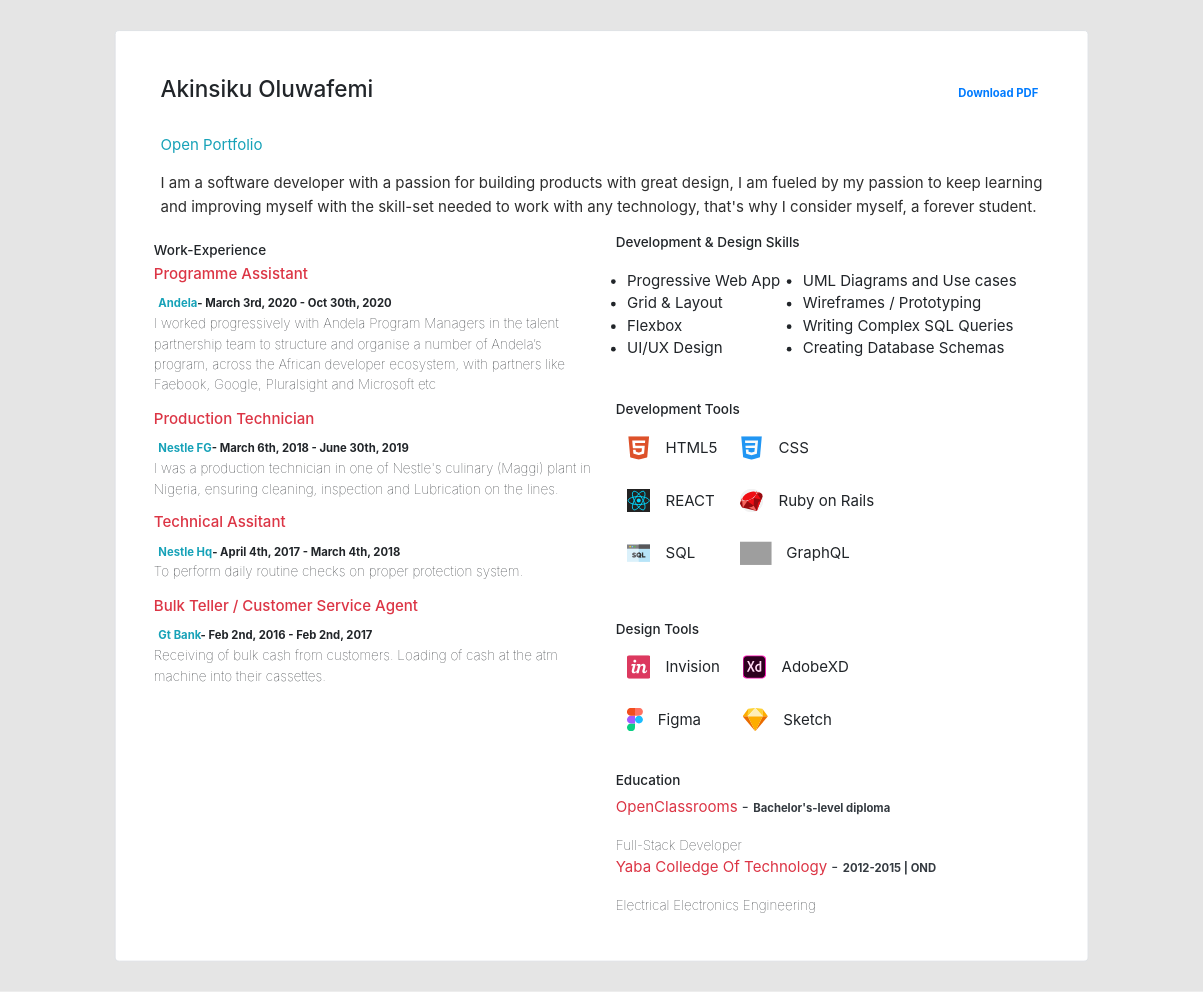
Repository: akinsikuoluwafemi/resume
Page: index.html
These files come from the project's save history. The page is drawn as it stood at one moment and after the next save; the edit follows.
The browser window is 1280 px wide. The pictures show the whole page, at 94% of full size.
Pictures or frames that could not be fetched are drawn as grey boxes. The style sheet was rebuilt from its Sass, Less or Tailwind sources for each picture, by a compiler version that may differ from the author's.

Above is the page before, as saved 2021-01-13 23:39:20.

### index.html
<!DOCTYPE html>
<html lang="en">

<head>
    <meta charset="UTF-8">
    <meta name="viewport" content="width=device-width, initial-scale=1.0">
    <meta http-equiv="X-UA-Compatible" content="ie=edge">
    <link rel="shortcut icon" type="image/png" href="./images/new-photo.png">

    <link rel="stylesheet" href="https://stackpath.bootstrapcdn.com/bootstrap/4.3.1/css/bootstrap.min.css" integrity="sha384-ggOyR0iXCbMQv3Xipma34MD+dH/1fQ784/j6cY/iJTQUOhcWr7x9JvoRxT2MZw1T"
        crossorigin="anonymous" />
    <link rel="stylesheet" href="./resume.css">

    <title>Akinsiku Oluwafemi - Software Developer</title>
</head>

<body>

   <div class="col-sm-12 col-lg-10 m-auto">
       <!--  -->
        <div class="p-c container border px-3 py-4 px-lg-5 py-lg-5 ">
            <header class="row">
                <div class="col d-flex align-items-center">
                    <h4 class="header__name mr-auto">Akinsiku Oluwafemi</h4>
                    <a href="./images/Femi_Akinsiku_resume.pdf" download="Femi_Akinsiku_resume.pdf" class="badge">Download PDF</a>
                </div>
            </header>
            <div class="row mt-4">
                <a href="https://femiakin.com/" target="_blank" class="col text-info">Open Portfolio</a>
            </div>

            <div class="row mt-3">
                <div class="col">
                    <p class="intro">I am a software developer with a passion for building products with great design, I am
                        fueled by my passion to keep learning and improving myself with the skill-set needed to work with
                        any
                        technology,
                        that's why I consider myself, a forever student.</p>
                </div>
            </div>


            <div class="row">

                <div class="col col-lg-6 p-2  ">
                    <!-- <div>
                        <h5 class="item__header">Community-Experience</h5>

                        <h6 class="item__job text-danger">#GADS 2020 - Programme Assistant </h6>
                        <p class="item__description">Grow with google, Andela and Pluralsight partnered to provide a new
                            program to support
                            software developers in Africa on Android, Google Cloud and Mobile Web skills. I am currently
                            serving as a
                            program assistant.</p>

                    </div>

                    <div>



                        <h6 class="item__job text-danger">#BuildforSDG Challenge 2020 - Programme Assistant </h6>


                        <p class="item__description">Facebook and Andela partnered to up-skill developers across
                            Sub-Saharan
                            Africa,
                            through a six-week immersive program where selected developers work in agile remote
                            teams to build projects relating to the SDGs.
                        </p>

                    </div> -->




                    <!-- here -->
                    <div>
                        <h5 class="item__header">Work-Experience</h5>
                        <h6 class="item__job text-danger">Programme Assistant
</h6>
                        <span class="badge"><span class="text-info">Andela</span>- March 3rd, 2020 - Oct 30th, 2020</span>
                        <p class="item__description">I worked progressively with Andela Program Managers in the talent partnership team to structure and organise a number of Andela’s program, across the African developer ecosystem, with partners like Faebook, Google, Pluralsight and Microsoft etc</p>

                    </div>
                    <div>
                        <h6 class="item__job text-danger">Production Technician</h6>
                        <span class="badge"><span class="text-info">Nestle FG</span>- March 6th, 2018 - June 30th, 2019 </span>
                        <p class="item__description">I was a production technician in one of Nestle's culinary (Maggi)
                            plant in
                            Nigeria,
                            ensuring cleaning, inspection and Lubrication on the lines.</p>

                    </div>
                    <div>
                        <h6 class="item__job text-danger">Technical Assitant</h6>
                        <span class="badge"><span class="text-info">Nestle Hq</span>- April 4th, 2017 - March 4th, 2018</span>
                        <p class="item__description">To perform daily routine checks on proper protection system.
                        </p>

                    </div>
                    <div>
                        <h6 class="item__job text-danger">Bulk Teller / Customer Service Agent</h6>
                        <span class="badge"><span class="text-info">Gt Bank</span>- Feb 2nd, 2016 - Feb 2nd, 2017 </span>
                        <p class="item__description">Receiving of bulk cash from customers.
                            Loading of cash at the atm machine into their cassettes.
                            </p>

                    </div>
                    <!-- here2 -->


                </div>
                <div class="col col-lg-6 ">

                    <div>
                        <h5 class="item__header ">Development & Design Skills</h5>
                        <div class="d-flex ">
                            <ul class="list__item">
                                <li>Progressive Web App</li>
                                <li>Grid & Layout</li>
                                <li>Flexbox</li>
                                <li>UI/UX Design</li>


                            </ul>
                            <ul class="list__item">
                                <li>UML Diagrams and Use cases</li>
                                <li>Wireframes / Prototyping</li>
                                <li>Writing Complex SQL Queries</li>
                                <li>Creating Database Schemas</li>



                            </ul>
                        </div>


                    </div>

                    <div class="item__container">
                        <h5 class="item__header">Development Tools</h5>
                        <div class="d-flex ">
                            <ul class="list__item">
                                <div class="d-flex  mb-3">
                                    <img src="./images/html5.svg" />
                                    <p class="ml-3">HTML5</p>
                                </div>
                                <div class="d-flex  mb-3">
                                    <img src="./images/react-1.svg" />
                                    <p class="ml-3">REACT</p>
                                </div>
                                <div class="d-flex ">
                                    <img src="./images/sql.svg" />
                                    <p class="ml-3">SQL</p>
                                </div>

                            </ul>
                            <ul class="list__item ">
                                <div class="d-flex  mb-3">
                                    <img src="./images/css-3.svg" />
                                    <p class="ml-3">CSS</p>
                                </div>
                                <div class="d-flex  mb-3">
                                    <img src="./images/ruby.svg" />
                                    <p class="ml-3">Ruby on Rails</p>
                                </div>
                                <div class="d-flex ">
                                    <img src="./images/graphql-icon.svg" />
                                    <p class="ml-3">GraphQL</p>
                                </div>


                            </ul>
                        </div>


                    </div>

                    <!-- here -->

                    <div class="item__contain">
                        <h5 class="item__header">Design Tools</h5>
                        <div class="d-flex ">
                            <ul class="list__item">
                                <div class="d-flex mb-3">
                                    <img src="./images/invision.svg" />
                                    <p class="ml-3">Invision</p>
                                </div>
                                <div class="d-flex ">
                                    <img src="./images/figma-1.svg" />
                                    <p class="ml-3">Figma</p>
                                </div>

                            </ul>
                            <ul class="list__item ">
                                <div class="d-flex  mb-3 ">
                                    <img src="./images/adobe-xd-1.svg" />
                                    <p class="ml-3">AdobeXD</p>
                                </div>
                                <div class="d-flex ">
                                    <img src="./images/sketch-2.svg" />
                                    <p class="ml-3">Sketch</p>
                                </div>


                            </ul>
                        </div>


                    </div>
                    <div class="edu">
                        <h5 class="item__header">Education</h5>
                        <p paragraph><a href="https://www.francecompetences.fr/recherche/rncp/27099/" class="text-danger text-info">OpenClassrooms
                            <span class="text-dark">-</span><span class="badge text-dark">Bachelor's-level diploma</span></a></p>

                        <span class="item__description "><a style="color: #212529" href="https://openclassrooms.com/en/paths/104-full-stack-developer">Full-Stack Developer</a></span>

                        <p class="text-danger paragraph pt-2">Yaba Colledge Of Technology <span class="text-dark">-</span><span class="badge text-dark">2012-2015
                                | OND</span></p>
                        <span class="item__description ">Electrical Electronics Engineering</span>


                    </div>



                </div>

            </div>


        </div>

        <!--  -->
   </div>










    <script src="https://code.jquery.com/jquery-3.3.1.slim.min.js" integrity="sha384-q8i/X+965DzO0rT7abK41JStQIAqVgRVzpbzo5smXKp4YfRvH+8abtTE1Pi6jizo"
        crossorigin="anonymous"></script>
    <script src="https://cdnjs.cloudflare.com/ajax/libs/popper.js/1.14.7/umd/popper.min.js" integrity="sha384-UO2eT0CpHqdSJQ6hJty5KVphtPhzWj9WO1clHTMGa3JDZwrnQq4sF86dIHNDz0W1"
        crossorigin="anonymous"></script>
    <script src="https://stackpath.bootstrapcdn.com/bootstrap/4.3.1/js/bootstrap.min.js" integrity="sha384-JjSmVgyd0p3pXB1rRibZUAYoIIy6OrQ6VrjIEaFf/nJGzIxFDsf4x0xIM+B07jRM"
        crossorigin="anonymous"></script>
</body>

</html>

### resume.scss


body {
    background-color: #E5E5E5;

    -webkit-font-smoothing: antialiased;
  -moz-osx-font-smoothing: grayscale;
}

.container {
    margin: 2rem auto;
    background-color: white;
    border-radius: .3rem;
}

.intro {
    font-size: 1rem;
    color: rgba(0,0,0,0.82);
    line-height: 1.6rem;
}


.text-info:hover{
    text-decoration: none;
}

img {
    height: 25px;
}



.item {

     &__contain {
        margin-bottom: 0rem;
        // background: red;
    }

    &__container {
        margin: 1rem 0!important;
    }

    &__dev {
         font-size: .9rem;
        margin-bottom: 1rem;
    }

    &__header {
        font-size: .9rem;
        margin-bottom: .5rem;
    }

    &__description {
        font-weight: 100;
        font-size: .9rem;
    }

}


.list__item {
    padding: 12px;
}

@media (max-width: 576px) {
    br {
        display: none;
    }
 }

 .paragraph {
   padding: 0!important;
 }

After the next save:
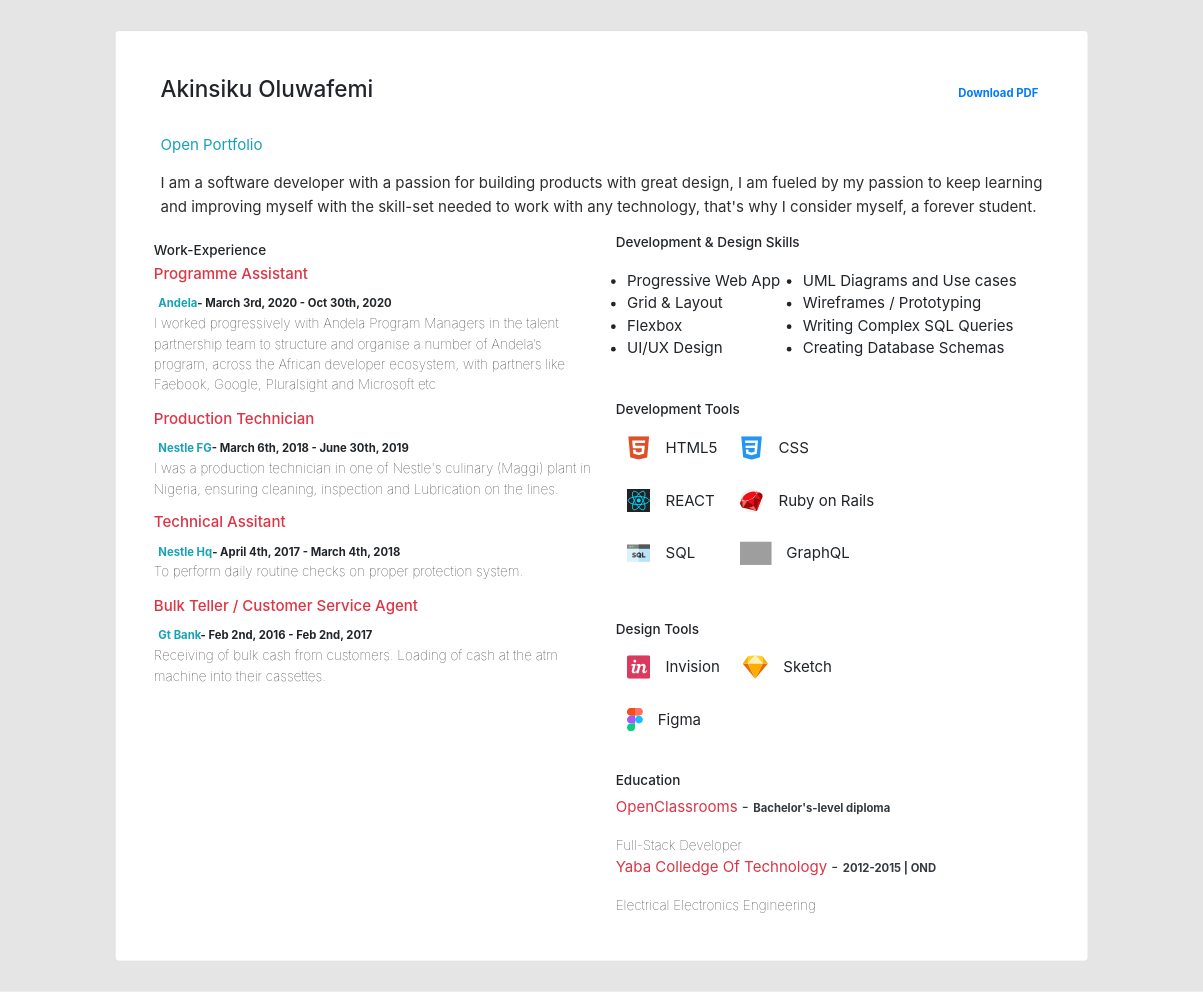
Saved 11 s later.
--- a/index.html
+++ b/index.html
@@ -194,10 +194,10 @@
 
                             </ul>
                             <ul class="list__item ">
-                                <div class="d-flex  mb-3 ">
+                                <!-- <div class="d-flex  mb-3 ">
                                     <img src="./images/adobe-xd-1.svg" />
                                     <p class="ml-3">AdobeXD</p>
-                                </div>
+                                </div> -->
                                 <div class="d-flex ">
                                     <img src="./images/sketch-2.svg" />
                                     <p class="ml-3">Sketch</p>
